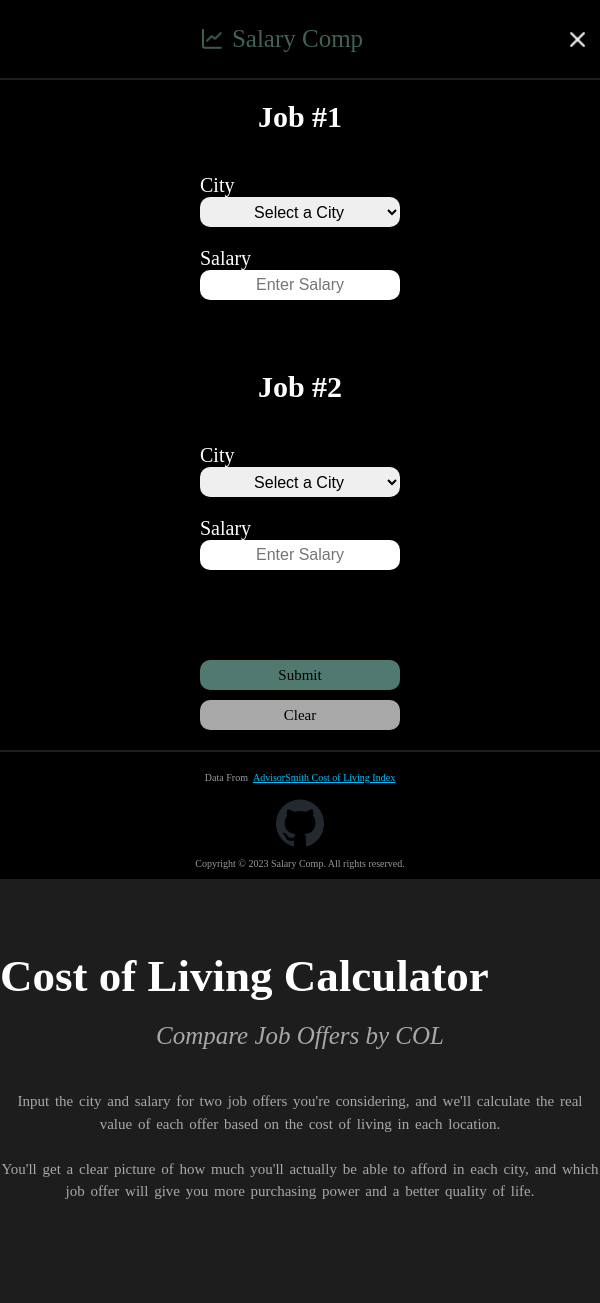
Repository: robbymcd/Salary-Comp
Page: /
These files come from the project's save history. The page is drawn as it stood at one moment and after the next save; the edit follows.
The browser window is 600 px wide. The pictures show the whole page.
Some web fonts or font styles are not loaded; a fallback is used. The project was rebuilt for these pictures with package versions that can differ from the ones it lists, and the page was loaded fresh each time. Also part of the build but not shown: src/Main.css, src/Main.js.

Above is the page before, as saved 2023-06-16 18:24:29.

After the next save:
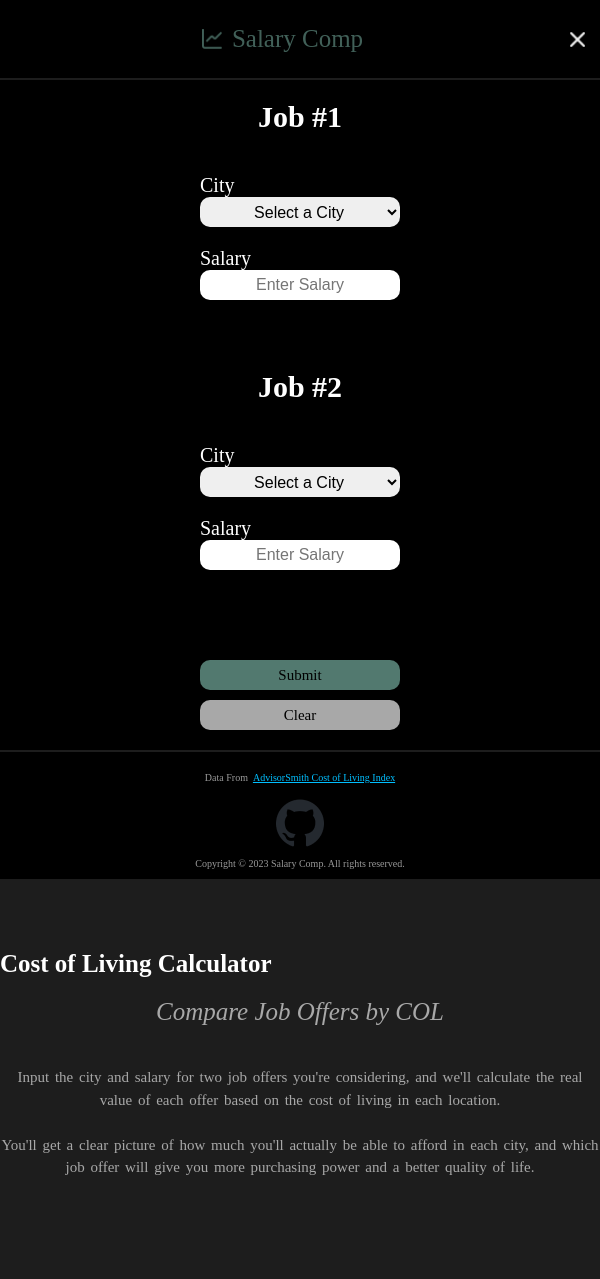
Saved 15 s later.
--- a/src/Content.css
+++ b/src/Content.css
@@ -69,6 +69,9 @@
     .calculator {
         display: none;
     }
+    .content h1 {
+        font-size: 25px;
+    }
 
     .content h2 {
         font-size: 25px;
